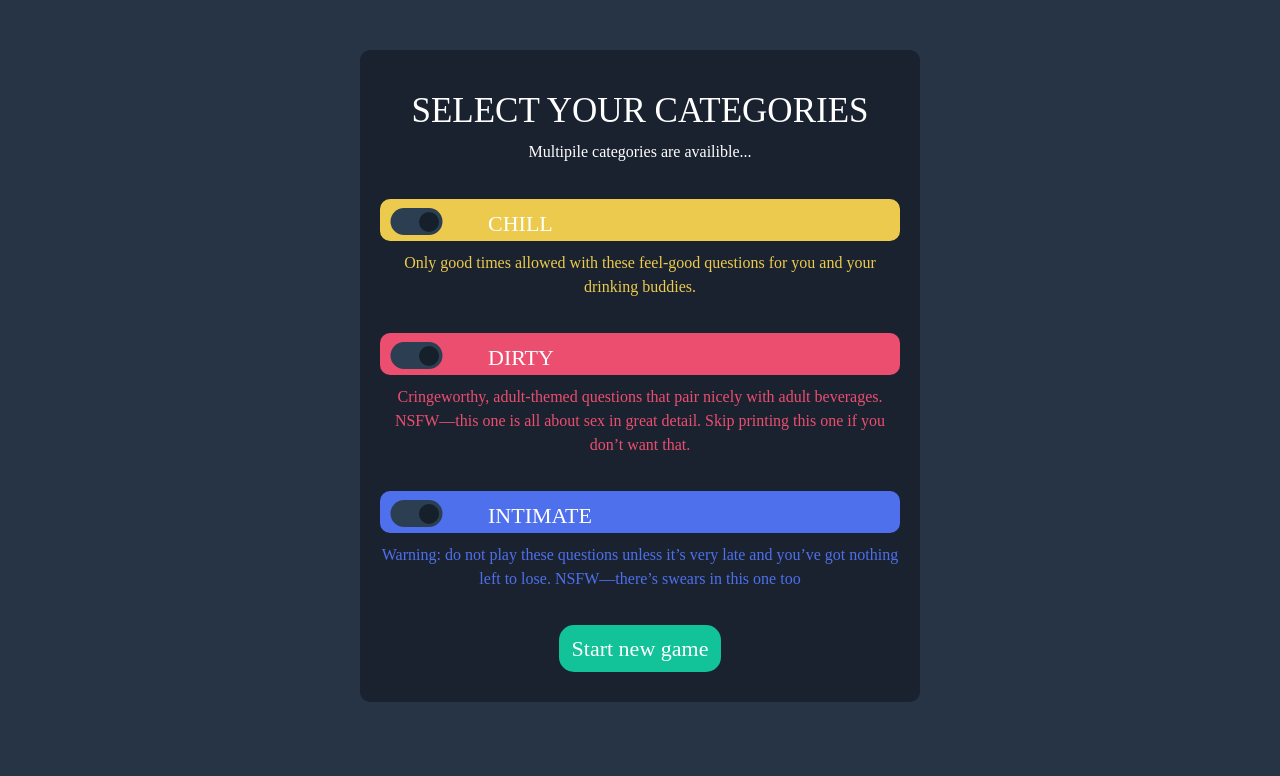
Repository: RafaelAshurov/TruthOrDrink
Page: /chose-your-categories
The author's editor kept a copy of each file at every save. The page is drawn from the files as they stood at one save, then again after the next save.
The browser window is 1280 px wide. The pictures show the whole page.
Some web fonts or font styles are not loaded; a fallback is used. The project was rebuilt for these pictures with package versions that can differ from the ones it lists, and the page was loaded fresh each time. Also part of the build but not shown: src/views/StartGame.vue, src/views/QuestionsPage.vue.

Above is the page before, as saved 2020-10-10 21:48:22.

### public/index.html
<!DOCTYPE html>
<html lang="en">
    <head>
        <meta charset="utf-8" />
        <meta http-equiv="X-UA-Compatible" content="IE=edge" />
        <meta name="viewport" content="width=device-width,initial-scale=1.0" />
        <link rel="icon" href="<%= BASE_URL %>favicon.ico" />
        <title>Truth Or Drink</title>
        <link
            href="https://fonts.googleapis.com/css2?family=Chilanka&display=swap"
            rel="stylesheet"
        />
    </head>
    <body>
        <noscript>
            <strong
                >We're sorry but truth_or_drink doesn't work properly without JavaScript enabled.
                Please enable it to continue.</strong
            >
        </noscript>
        <div id="app"></div>
        <!-- built files will be auto injected -->
    </body>
</html>

### src/App.vue
<template>
    <div id="app" class="container-fluid">
        <div class="row justify-content-center text-center">
            <div class="col-12 col-md-8 col-lg-6 site-content">
                <router-view />
            </div>
        </div>
    </div>
</template>

<style lang="scss">
#app {
    .site-content {
        padding: 50px 40px;
    }
}
.alert.alert-danger.open-alert {
    max-height: 100px;
}
.alert.alert-danger.close-alert {
    max-height: 0px;
    overflow: hidden;
    padding: 0;
    border: none;
    margin: 0;
}
.capital-font {
    text-transform: uppercase;
}
button.btn {
    background-color: #12c298;
    color: #ffffff;
    font-size: 22px;
    font-weight: 400;
    border-radius: 15px;
}
.site-card {
    background-color: #1a222f;
    border-radius: 10px;
    padding: 30px 20px;
    margin: 0 auto;
    max-height: 1000px;
    overflow: hidden;
}
.site-card.site-card-collapse {
    max-height: 0px;
    padding-top: 20px !important;
    padding-bottom: 0 !important;
}
body {
    background-color: #273446;
    color: #ffffff;
    font-family: "Chilanka", cursive;
}
* {
    transition: all 0.4s ease;
}
</style>

### src/router.js
import Vue from "vue";
import Router from "vue-router";
import StartGame from "./views/StartGame.vue";
import CategorySelect from "./views/CategorySelect.vue";
import QuestionsPage from "./views/QuestionsPage.vue";

Vue.use(Router);

export default new Router({
    mode: "history",
    base: process.env.BASE_URL,
    routes: [
        {
            path: "/",
            name: "startGame",
            component: StartGame
        },
        {
            path: "/chose-your-categories",
            name: "categories",
            component: CategorySelect
        },
        {
            path: "/drink-up",
            name: "questionsPage",
            component: QuestionsPage,
            props: true
        }
    ]
});

### src/views/CategorySelect.vue
<template>
    <div class="category-select-page site-card" :class="{ 'site-card-collapse': collapsed }">
        <h1 class="capital-font">Select your categories</h1>
        <p>Multipile categories are availible...</p>
        <div class="categories-wrapper">
            <div class="category-container" v-for="category in categories" :key="category.id">
                <div class="category-btn" :style="{ 'background-color': category.color }">
                    <span
                        ><input
                            type="checkbox"
                            name="checkbox"
                            v-model="selectedCategories"
                            :value="category.name"
                    /></span>
                    <h4>
                        {{ category.name }}
                    </h4>
                </div>
                <p class="category-description" :style="{ color: category.color }">
                    {{ category.description }}
                </p>
            </div>
        </div>
        <div class="start-game-btn-wrapper">
            <div
                class="alert alert-danger"
                :class="noCategoriesAlert ? 'open-alert' : 'close-alert'"
                role="alert"
            >
                You have to chose atleast one category
            </div>
            <button @click="startNewGame()" type="button" class="btn btn-bg">
                Start new game
            </button>
        </div>
    </div>
</template>

<script>
import { QuestionList } from "../helpers/questionsList";

export default {
    data() {
        return {
            categories: [],
            selectedCategories: [],
            noCategoriesAlert: false,
            collapsed: true
        };
    },
    created: function() {
        const categories = this.fillterCategories(QuestionList);
        this.setCategoriesObjects(categories);
    },
    computed: {},
    mounted: function() {
        this.collapsed = false;
    },
    methods: {
        fillterCategories(questionsList) {
            let categoriesArr = [];
            questionsList.forEach(question => {
                if (!categoriesArr.includes(question.category))
                    categoriesArr.push(question.category);
            });
            return categoriesArr;
        },
        setCategoriesObjects(categories) {
            categories.forEach(categoryName => {
                let categoryObj = {};
                switch (categoryName) {
                    case "chill":
                        categoryObj = {
                            id: 1,
                            name: categoryName,
                            color: "#ecca4e",
                            description:
                                "Only good times allowed with these feel-good questions for you and your drinking buddies. "
                        };
                        break;
                    case "dirty":
                        categoryObj = {
                            id: 2,
                            name: categoryName,
                            color: "#ec4e70",
                            description:
                                "Cringeworthy, adult-themed questions that pair nicely with adult beverages. NSFW—this one is all about sex in great detail. Skip printing this one if you don’t want that."
                        };
                        break;
                    case "intimate":
                        categoryObj = {
                            id: 3,
                            name: categoryName,
                            color: "#4e70ec",
                            description:
                                "Warning: do not play these questions unless it’s very late and you’ve got nothing left to lose. NSFW—there’s swears in this one too"
                        };
                        break;
                    default:
                        categoryObj = {
                            id: 4,
                            name: categoryName,
                            color: "#000000",
                            description: ""
                        };
                        break;
                }
                this.categories.push(categoryObj);
            });
        },
        startNewGame() {
            if (this.selectedCategories.length === 0) {
                this.noCategoriesAlert = true;
            } else {
                this.collapsed = true;
                setTimeout(() => {
                    this.$router.push({
                        name: "questionsPage",
                        params: { selectedCategories: JSON.stringify(this.selectedCategories) }
                    });
                }, 400);
            }
        }
    }
};
</script>

<style lang="scss">
.category-select-page {
    h1.capital-font {
        margin-top: 10px;
        font-size: 35px;
    }
    .categories-wrapper {
        display: flex;
        flex-direction: column;
        padding-top: 19px;

        .category-container {
            display: inline-block;
            margin: 0 auto 18px;

            .category-btn {
                border-radius: 10px;
                display: flex;
                align-items: center;
                padding: 10px 0 0 0;

                h4 {
                    display: inline-block;
                    text-transform: uppercase;
                    color: #ffffff;
                    font-size: 22px;
                    margin-left: 23px;
                    margin-bottom: 2px;
                }
            }

            .category-description {
                padding-top: 10px;
            }
        }
    }
}

.transition,
input[type="radio"]:after,
input[type="checkbox"][type="radio"]:after,
input[type="checkbox"]:after {
    -moz-transition: all 0.25s cubic-bezier(0.75, 0.01, 0.48, 2);
    -o-transition: all 0.25s cubic-bezier(0.75, 0.01, 0.48, 2);
    -webkit-transition: all 0.25s cubic-bezier(0.75, 0.01, 0.48, 2);
    transition: all 0.25s cubic-bezier(0.75, 0.01, 0.48, 2);
}

.bgTransition,
input[type="radio"]:before,
input[type="checkbox"][type="radio"]:before,
input[type="checkbox"]:before {
    -moz-transition: all 0.25s ease-in-out;
    -o-transition: all 0.25s ease-in-out;
    -webkit-transition: all 0.25s ease-in-out;
    transition: all 0.25s ease-in-out;
}

input[type="radio"],
input[type="checkbox"] {
    position: relative;
}
input[type="radio"]:before,
input[type="radio"]:after,
input[type="checkbox"]:before,
input[type="checkbox"]:after {
    content: "";
    position: absolute;
}
input[type="radio"]:before,
input[type="checkbox"]:before {
    height: 100%;
}
input[type="radio"][type="radio"],
input[type="checkbox"][type="radio"] {
    border-radius: 30px;
}
input[type="radio"][type="radio"]:before,
input[type="checkbox"][type="radio"]:before {
    width: 100%;
    border-radius: 30px;
    background-color: #2c3f52;
    box-shadow: 0 0 0 1px #2c3f52;
}
input[type="radio"][type="radio"]:after,
input[type="checkbox"][type="radio"]:after {
    width: 100%;
    height: 100%;
    border-radius: 30px;
    background-color: #15202a;
    -moz-transform: scale(0, 0);
    -ms-transform: scale(0, 0);
    -webkit-transform: scale(0, 0);
    transform: scale(0, 0);
}
input[type="radio"][type="radio"]:checked:after,
input[type="checkbox"][type="radio"]:checked:after {
    -moz-transform: scale(0.75, 0.75);
    -ms-transform: scale(0.75, 0.75);
    -webkit-transform: scale(0.75, 0.75);
    transform: scale(0.75, 0.75);
}
input[type="radio"][type="radio"]:checked:before,
input[type="checkbox"][type="radio"]:checked:before {
    background-color: #85ff7a;
    box-shadow: 0 0 0 1px #85ff7a;
}
input[type="radio"][type="checkbox"]:before,
input[type="checkbox"][type="checkbox"]:before {
    width: 200%;
    background-color: #2c3f52;
    box-shadow: 0 0 0 1px #2c3f52;
    -moz-transform: translate(-25%, 0);
    -ms-transform: translate(-25%, 0);
    -webkit-transform: translate(-25%, 0);
    transform: translate(-25%, 0);
    border-radius: 30px;
}
input[type="radio"][type="checkbox"]:after,
input[type="checkbox"][type="checkbox"]:after {
    width: 80%;
    height: 80%;
    margin-top: 10%;
    margin-left: 10%;
    background-color: #15202a;
    border-radius: 30px;
    -moz-transform: translate(60%, 0);
    -ms-transform: translate(60%, 0);
    -webkit-transform: translate(60%, 0);
    transform: translate(60%, 0);
}
input[type="radio"][type="checkbox"]:checked:after,
input[type="checkbox"][type="checkbox"]:checked:after {
    -moz-transform: translate(-60%, 0);
    -ms-transform: translate(-60%, 0);
    -webkit-transform: translate(-60%, 0);
    transform: translate(-60%, 0);
}
input[type="radio"][type="checkbox"]:checked:before,
input[type="checkbox"][type="checkbox"]:checked:before {
    background-color: #85ff7a;
    box-shadow: 0 0 0 1px #85ff7a;
}

input {
    margin: 36px;
}
input[type="radio"],
input[type="checkbox"] {
    cursor: pointer;
    width: 25px;
    height: 25px;
    margin-top: 0;
    margin-bottom: 0;
    margin-left: 24px;
}

.radio,
.check {
    position: absolute;
    -moz-transform: translate(-50%, -50%);
    -ms-transform: translate(-50%, -50%);
    -webkit-transform: translate(-50%, -50%);
    transform: translate(-50%, -50%);
    top: 50%;
    left: 50%;
}

.radio {
    margin-left: -36px;
}

.check {
    margin-left: 36px;
}
</style>

Loaded but not shown: src/main.js (common file); src/plugins/bootstrap-vue.js (common file); src/helpers/questionsList.js (2107 lines, source omitted)

After the next save:
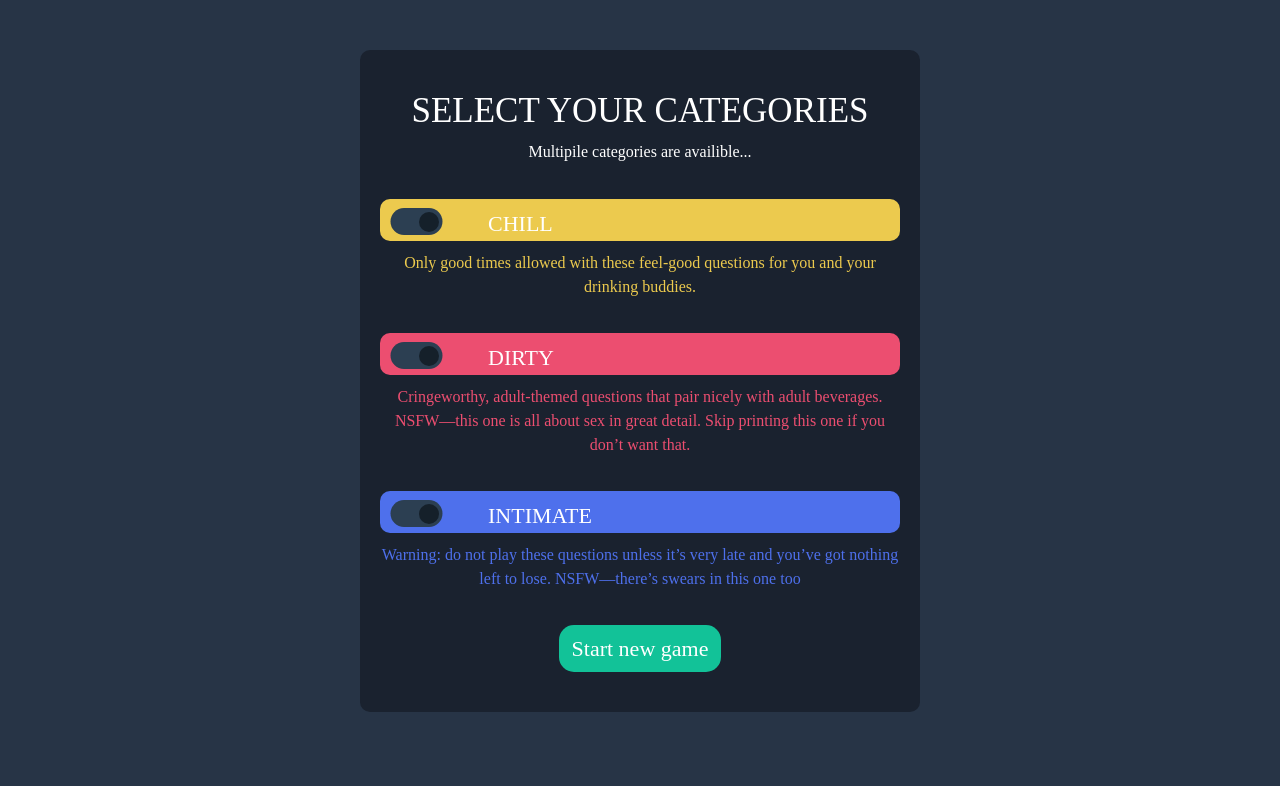
Saved 82 s later.
--- a/src/views/CategorySelect.vue
+++ b/src/views/CategorySelect.vue
@@ -126,7 +126,9 @@
 </script>
 
 <style lang="scss">
-.category-select-page {
+.category-select-page.site-card {
+    padding-bottom: 40px;
+
     h1.capital-font {
         margin-top: 10px;
         font-size: 35px;
